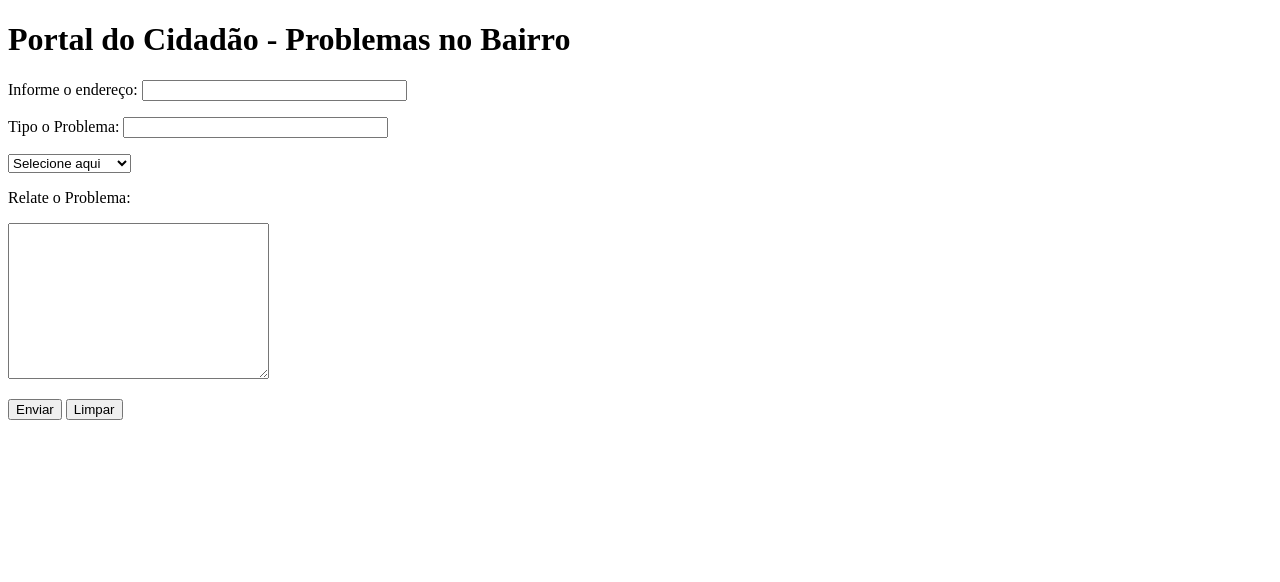
Repository: Marcelinalima/Java_JSP
Page: formulario_ex/src/main/webapp/reclamacoes.html
The author's editor kept a copy of each file at every save. The page is drawn from the files as they stood at one save, then again after the next save.
The browser window is 1280 px wide. The pictures show the whole page.

Above is the page before, as saved 2023-04-17 14:42:42.

### formulario_ex/src/main/webapp/reclamacoes.html
<!DOCTYPE html>
<html>
<head>
<meta charset="UTF-8">
<title>Portal Cidadão</title>
</head>
<body>
    <h1>Portal do Cidadão - Problemas no Bairro</h1>

    <form action="/Formulario_ex/ReclamacoesServelet" method="post"></form>

      <p>Informe o endereço: <input type="text" name="p_nome" size="30" /></p>


		<p>Tipo o Problema: <input type="text" name="p_nome" size="30" /></p>
		<select name="Tipo de problema">
		<option selected="selected" disabled>Selecione aqui</option>
		<option value="hospitais"> Hospitais</option>
		<option value="centro de saude">Centro de Saúde</option>
		<option value="praias">Praias</option>
		<option value="ruas">Ruas</option>
		<option value="escolas">Escolas</option>
	    </select>

		<p>Relate o Problema:</p>
		 <textarea name="message" rows="10" cols="30">
		 </textarea>


		<p>
			<input type="submit" value="Enviar" />
			<input type="reset" value="Limpar" />
		</p>





		</select>

</body>
</html>

After the next save:
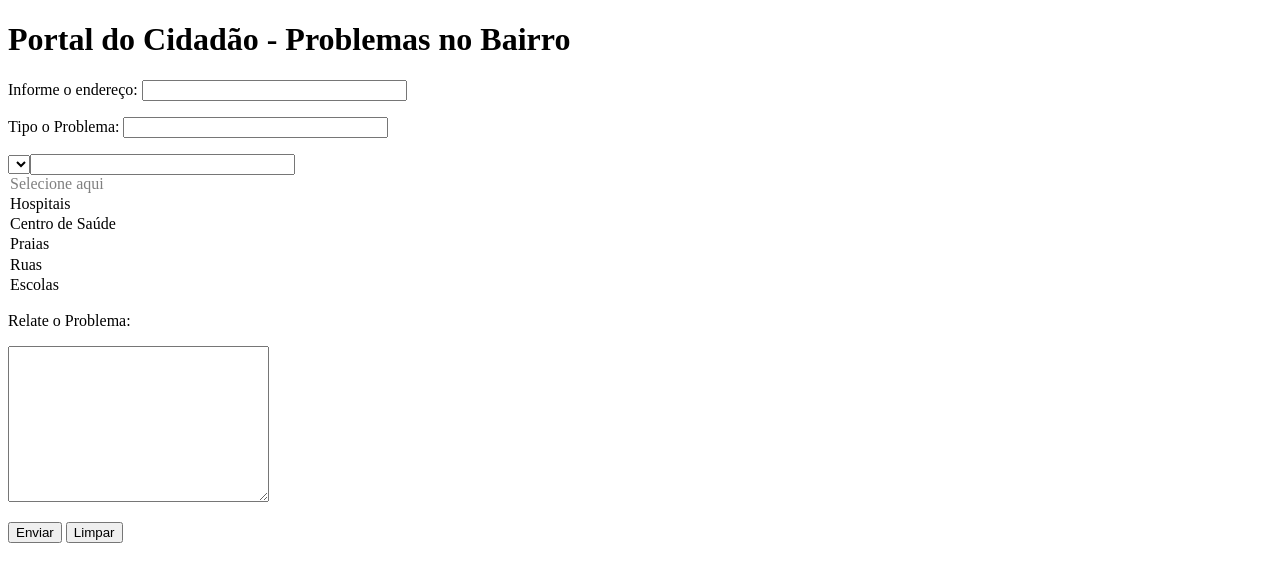
Saved 2 min 22 s later.
--- a/formulario_ex/src/main/webapp/reclamacoes.html
+++ b/formulario_ex/src/main/webapp/reclamacoes.html
@@ -13,7 +13,7 @@
 
 
 		<p>Tipo o Problema: <input type="text" name="p_nome" size="30" /></p>
-		<select name="Tipo de problema">
+		<select><input type="text" name="p_nome" size="30" />
 		<option selected="selected" disabled>Selecione aqui</option>
 		<option value="hospitais"> Hospitais</option>
 		<option value="centro de saude">Centro de Saúde</option>
